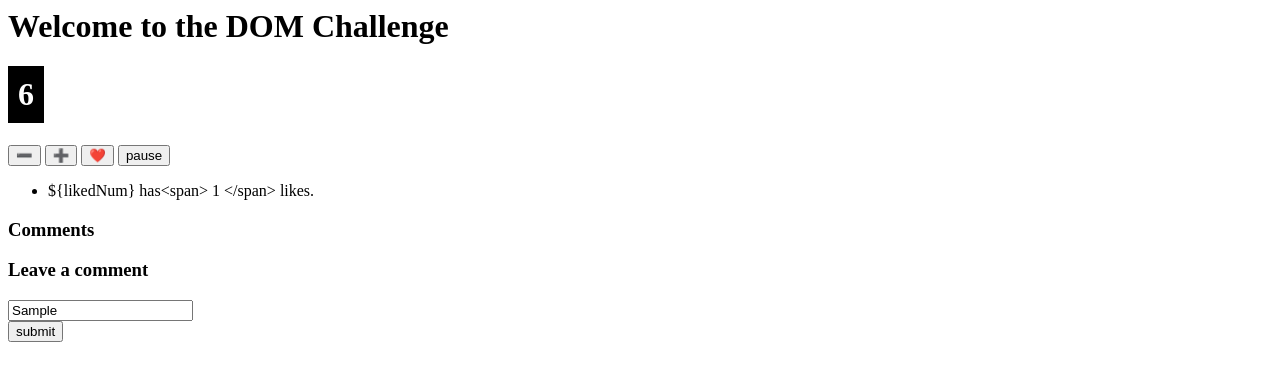
Repository: learn-co-students/jsdom-dom-challenge-onl01-seng-pt-012120
Page: index.html
An editor plug-in stored every save of this project. The page is shown before and after the next save, followed by the edit.
The browser window is 1280 px wide. The pictures show the whole page.
Empty fields were first filled with sample values (such as "Sample", 5 or name@example.com).
After loading, the first visible `#heart` was clicked once.

Above is the page before, as saved 2020-07-30 11:56:16.

After the next save:
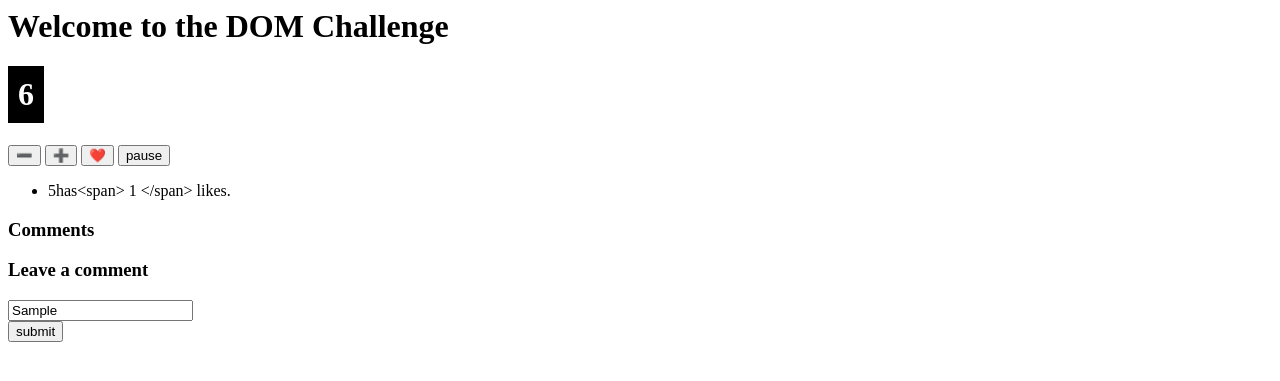
Saved 59 s later.
--- a/js/challenge.js
+++ b/js/challenge.js
@@ -58,7 +58,7 @@ document.addEventListener('DOMContentLoaded', () =>{
         } else {
             let ll = document.createElement('li');
             ll.id = likedNum;
-            ll.innerText = "${likedNum} has<span> 1 </span> likes.";
+            ll.innerText = likedNum + 'has<span> 1 </span> likes.';
             likesList.appendChild(ll);
         }
     })
